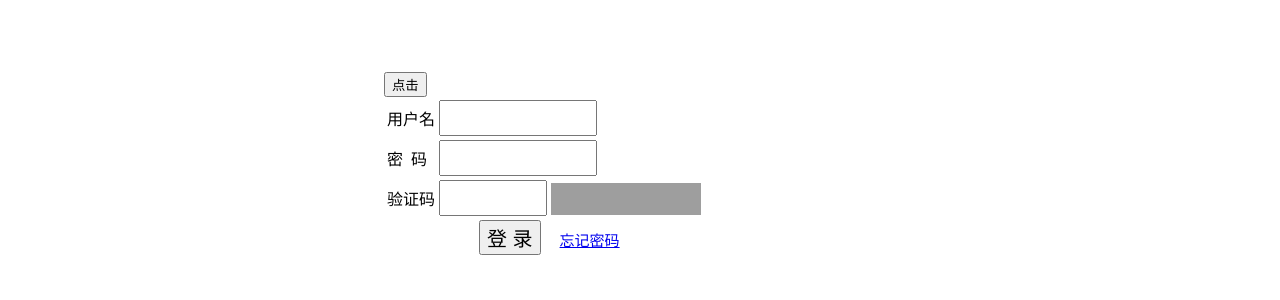
Repository: IAmJiangWenHao/ReportServer
Page: demo.html
These files come from the project's save history. The page is drawn as it stood at one moment and after the next save; the edit follows.
The browser window is 1280 px wide. The pictures show the whole page.
Pictures or frames that could not be fetched are drawn as grey boxes.

Above is the page before, as saved 2023-05-16 11:54:23.

After the next save:
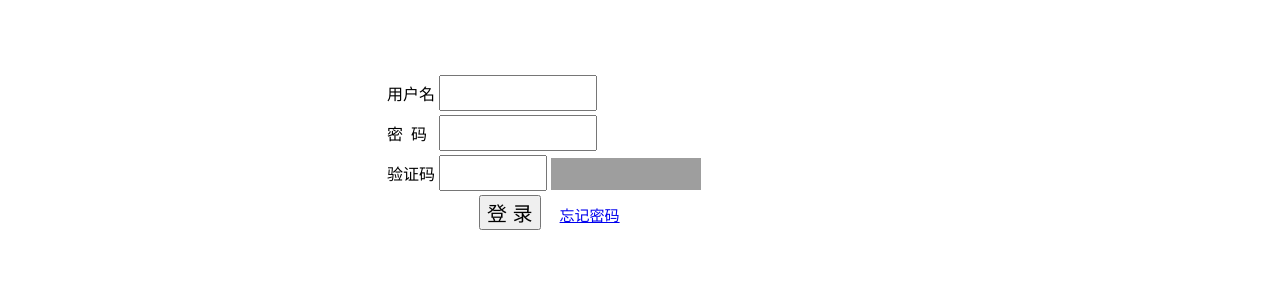
Saved 18 s later.
--- a/demo.html
+++ b/demo.html
@@ -62,10 +62,7 @@
  <form action="LoginServlet" method="post" name="form1" onSubmit="return Check()">
         <!-- form属性action="LoginServlet"中，LoginServlet待后续实现，用于处理请求-->
         <table>
-          <button >
-            点击
-          </button>
-          <div >
+
           <tr>
             <td>用户名</td>
             <td><input style="width:150px;height:30px;" type="text" name="username" size="20"></td>
@@ -85,7 +82,6 @@
             <td><input style="margin-left:40px;font-size:20px;" type="submit" value="登&nbsp;录">
               <font style="font-size:15px">&nbsp;&nbsp;&nbsp;&nbsp;<a href="forgetPassword.jsp">忘记密码 </a> </font></td>
           </tr>
-          </div>
         </table>
       </form>
     </div>
